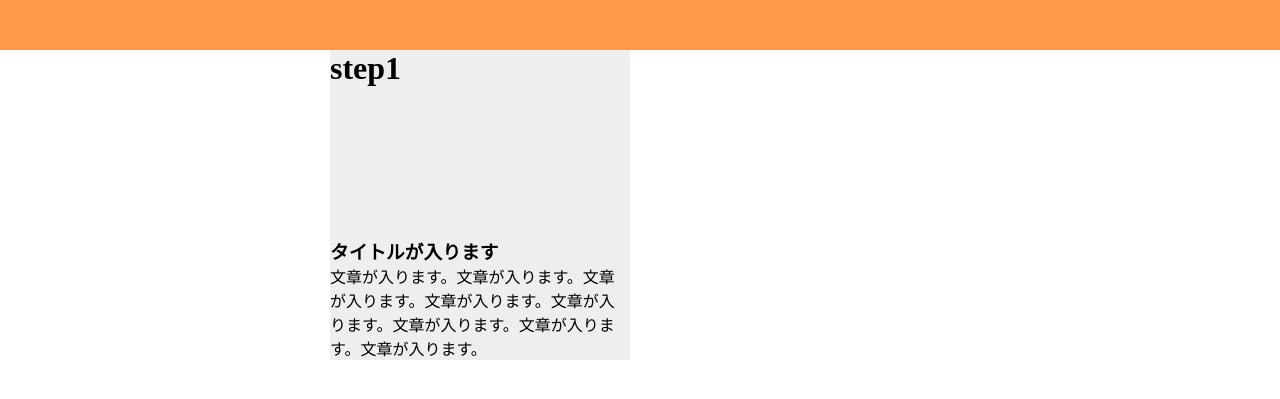
Repository: Kadaisakusei/Bookers2debug-
Page: Assignment1/main.html
The author's editor kept a record of every edit. The page is drawn from the files as they stood at one moment, then again after the next edit.
The browser window is 1280 px wide. The pictures show the whole page.

Above is the page before.

After the next edit:
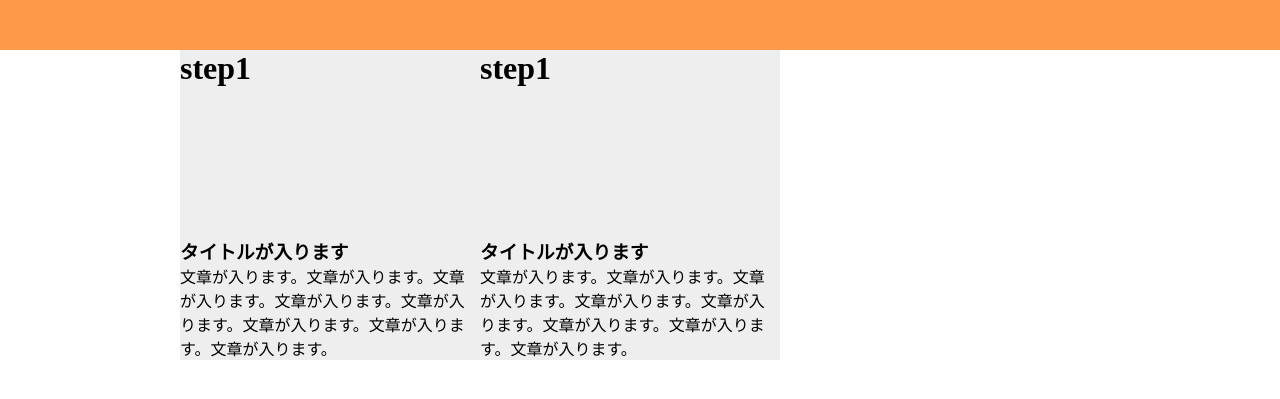
The edit:
--- a/Assignment1/main.html
+++ b/Assignment1/main.html
@@ -16,6 +16,13 @@
         <div class="text">文章が入ります。文章が入ります。文章が入ります。文章が入ります。文章が入ります。文章が入ります。文章が入ります。文章が入ります。</div>
     </div>
 
+ <div class="contents">
+      <h1 class="step">step1</h1>
+        <div class="image"></div>
+        <h3>タイトルが入ります</h3>
+        <div class="text">文章が入ります。文章が入ります。文章が入ります。文章が入ります。文章が入ります。文章が入ります。文章が入ります。文章が入ります。</div>
+    </div>
+
 
 
 
